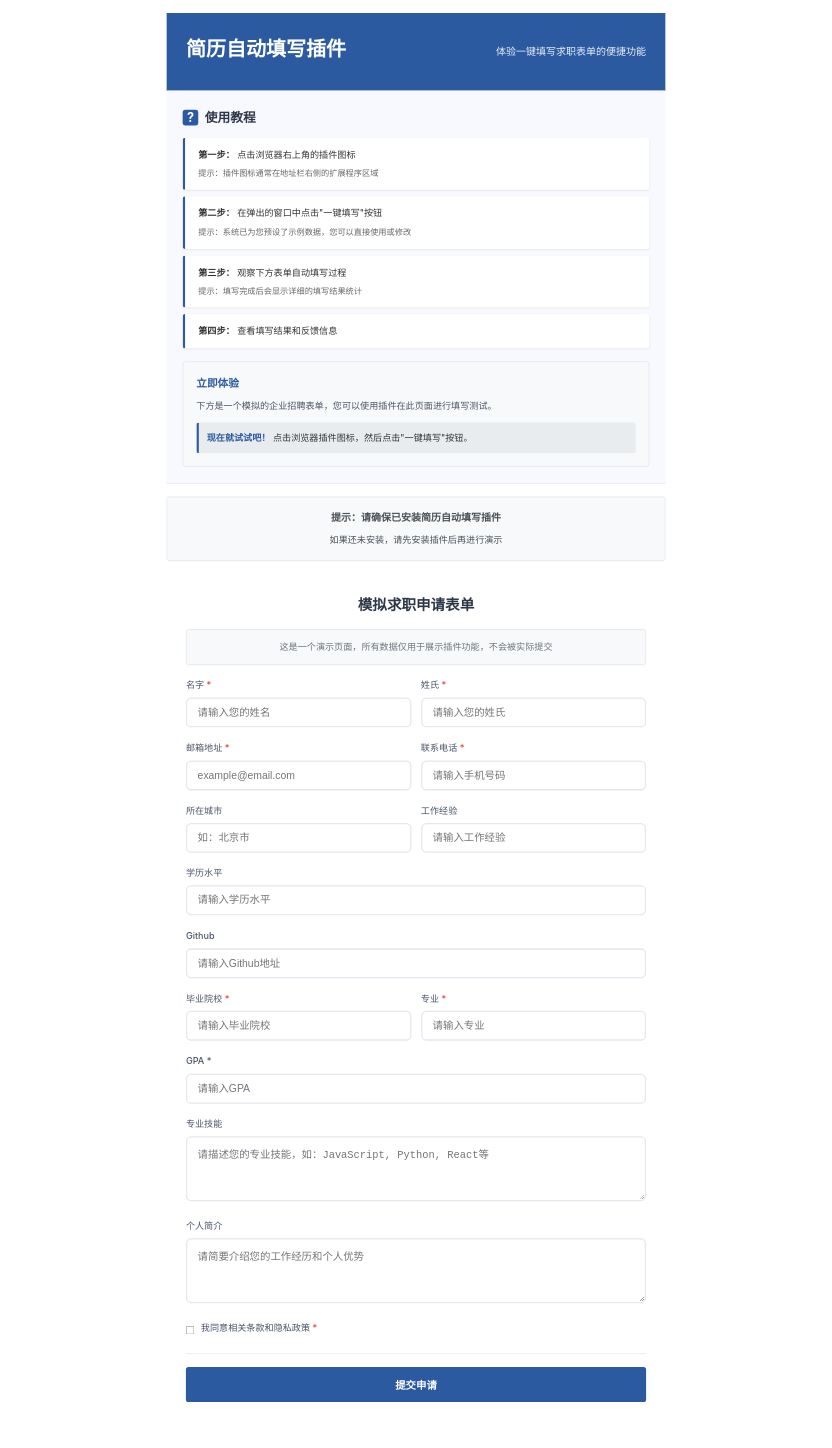
Repository: Zion74/jiancareer-chrome-main-zhn
Page: public/mock-form.html
These files come from the project's save history. The page is drawn as it stood at one moment and after the next save; the edit follows.
The browser window is 1280 px wide. The pictures show the whole page, at 65% of full size.

Above is the page before, as saved 2025-09-09 23:13:10.

After the next save:
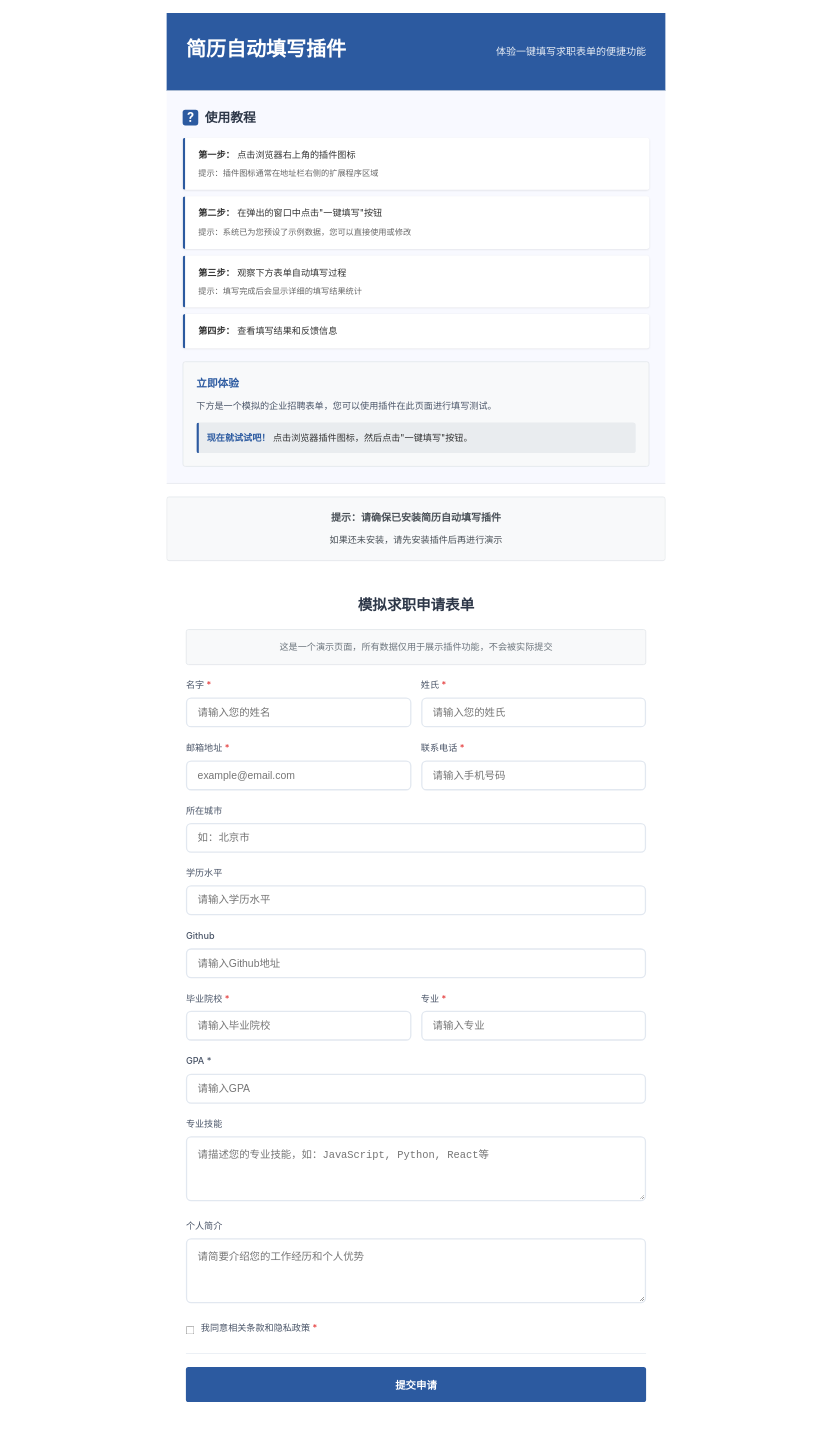
Saved 15 s later.
--- a/public/mock-form.html
+++ b/public/mock-form.html
@@ -323,10 +323,6 @@
                         <label for="location">所在城市</label>
                         <input type="text" id="location" name="location" placeholder="如：北京市">
                     </div>
-                    <div class="form-group">
-                        <label for="experience">工作经验</label>
-                        <input type="text" id="experience" name="experience" placeholder="请输入工作经验" required>
-                    </div>
                 </div>
 
                 <div class="form-row">
